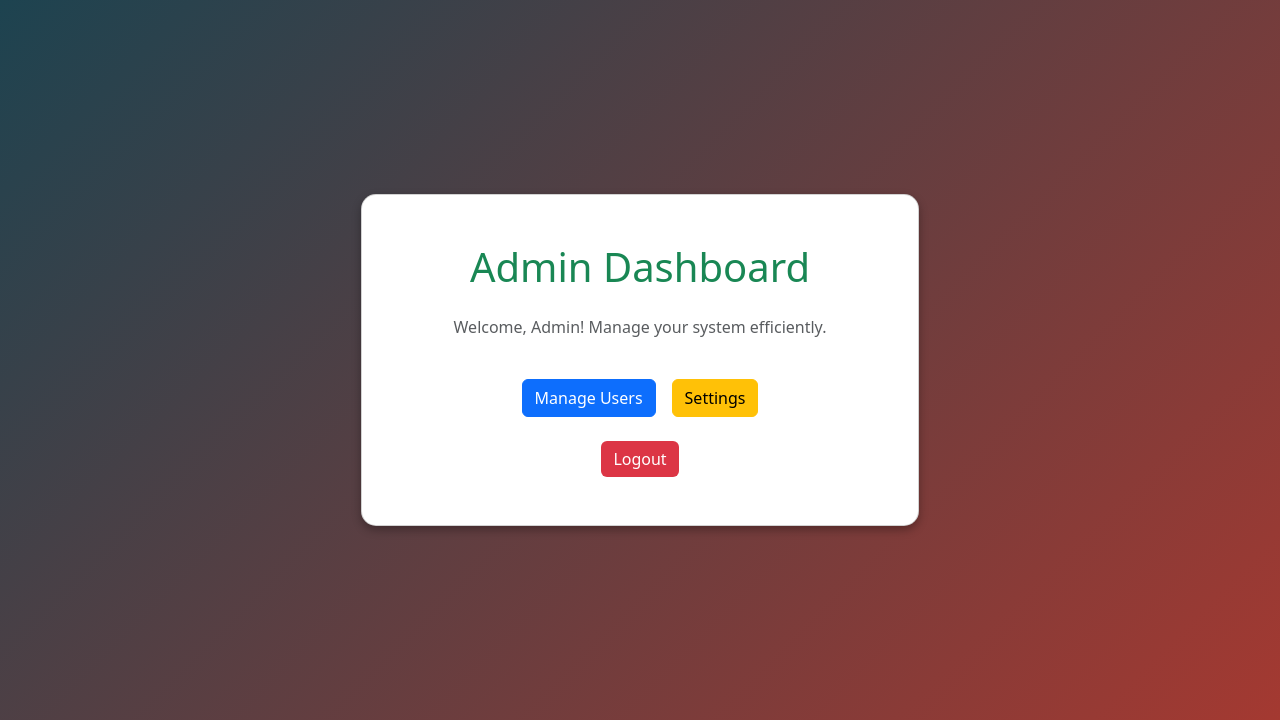
Repository: viraj2623/My_projects
Page: loginandregpr/src/main/webapp/main.html
These files come from the project's save history. The page is drawn as it stood at one moment and after the next save; the edit follows.
The browser window is 1280 px wide. The pictures show the whole page.

Above is the page before, as saved 2025-03-05 08:54:11.

After the next save:
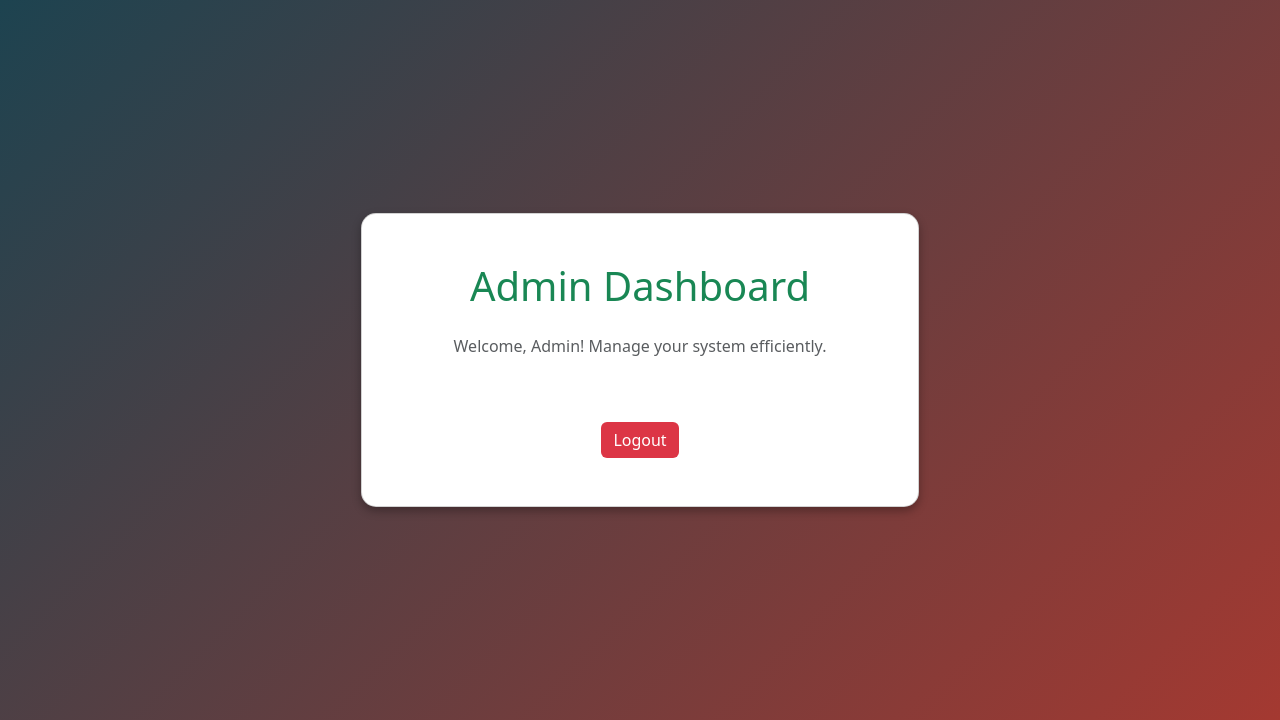
Saved 45 s later.
--- a/loginandregpr/src/main/webapp/main.html
+++ b/loginandregpr/src/main/webapp/main.html
@@ -35,8 +35,7 @@
                 <h1 class="text-success">Admin Dashboard</h1>
                 <p class="mt-3 text-muted">Welcome, Admin! Manage your system efficiently.</p>
                 <div class="mt-4 d-flex justify-content-center gap-3">
-                    <a href="#" class="btn btn-primary">Manage Users</a>
-                    <a href="#" class="btn btn-warning">Settings</a>
+
                 </div>
                 <div class="mt-4">
                     <a href="login.html" class="btn btn-danger">Logout</a>
